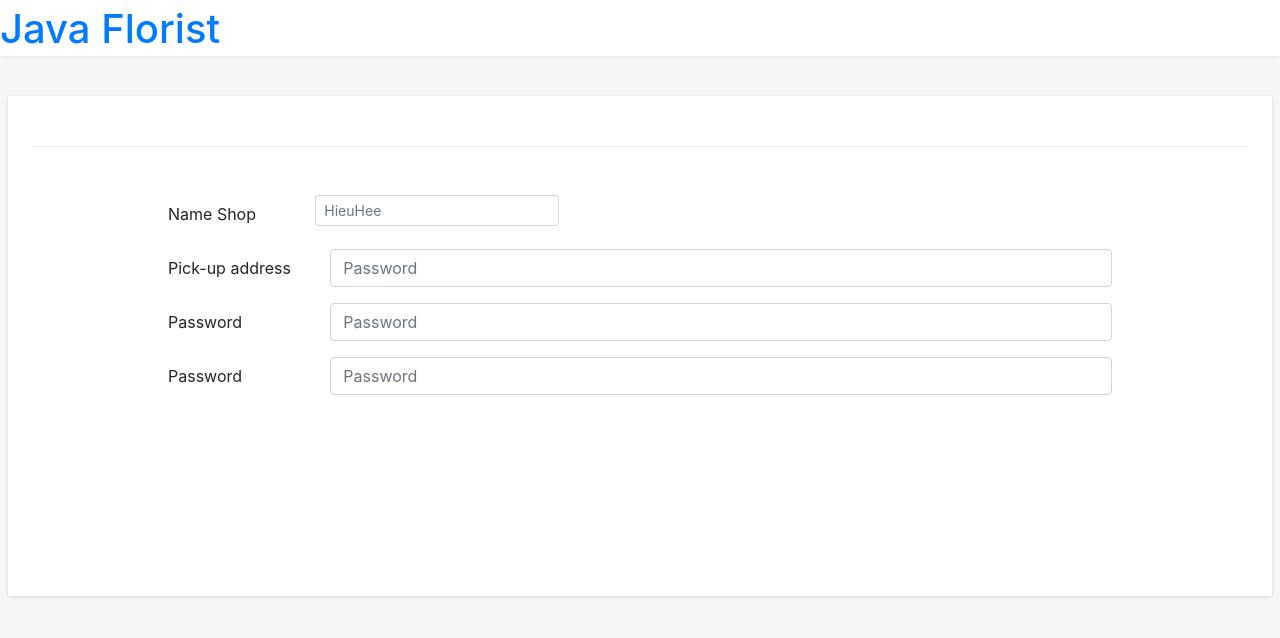
Repository: hienttm/flower-java-florist
Page: JavaFlorist/JavaFlorist/wwwroot/BecomePartner/index.html
An editor plug-in stored every save of this project. The page is shown before and after a run of saves, followed by the edit.
The browser window is 1280 px wide. The pictures show the whole page.
Some web libraries are served in a nearby version.

Above is the page before, as saved 2023-12-29 17:56:37.

After the next 3 saves:
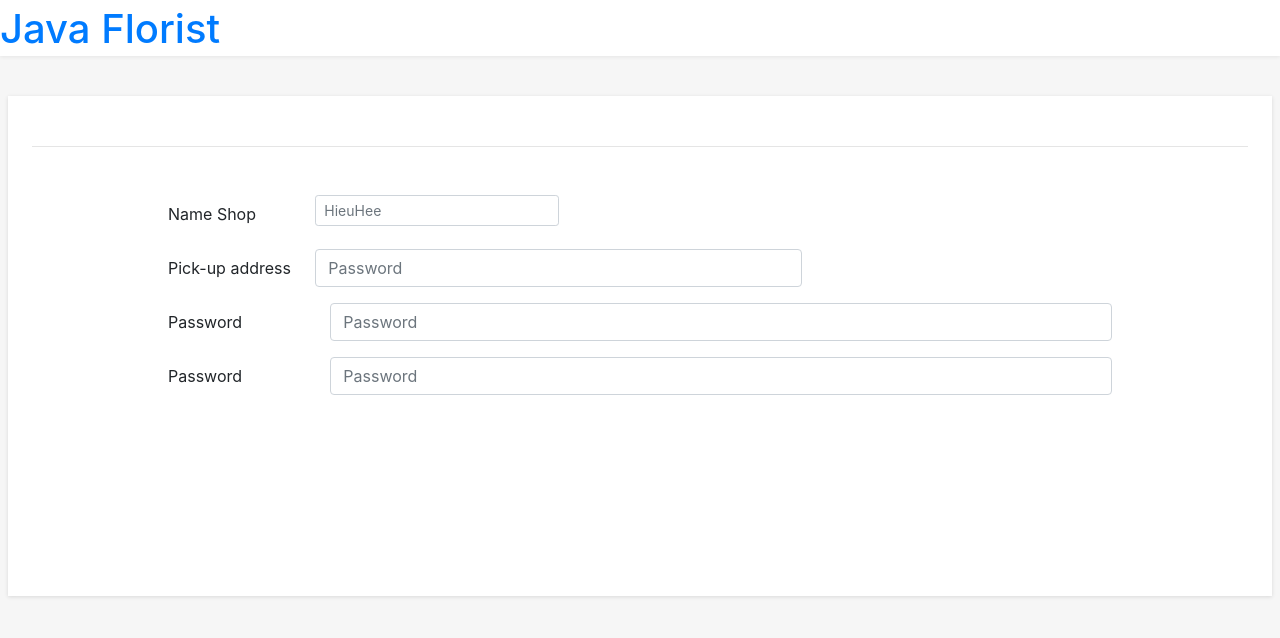
The 3 saves are shown as one change because they came seconds apart.
The last was saved 9 s later.
--- a/JavaFlorist/JavaFlorist/wwwroot/BecomePartner/index.html
+++ b/JavaFlorist/JavaFlorist/wwwroot/BecomePartner/index.html
@@ -38,7 +38,7 @@
                                 </div>
                                 <div class="form-group row">
                                   <label for="inputPassword" class="col-sm-2 col-form-label">Pick-up address</label>
-                                  <div class="col-sm-10">
+                                  <div class="w-50">
                                     <input type="text" class="form-control"  placeholder="Password">
                                   </div>
                                 </div>
